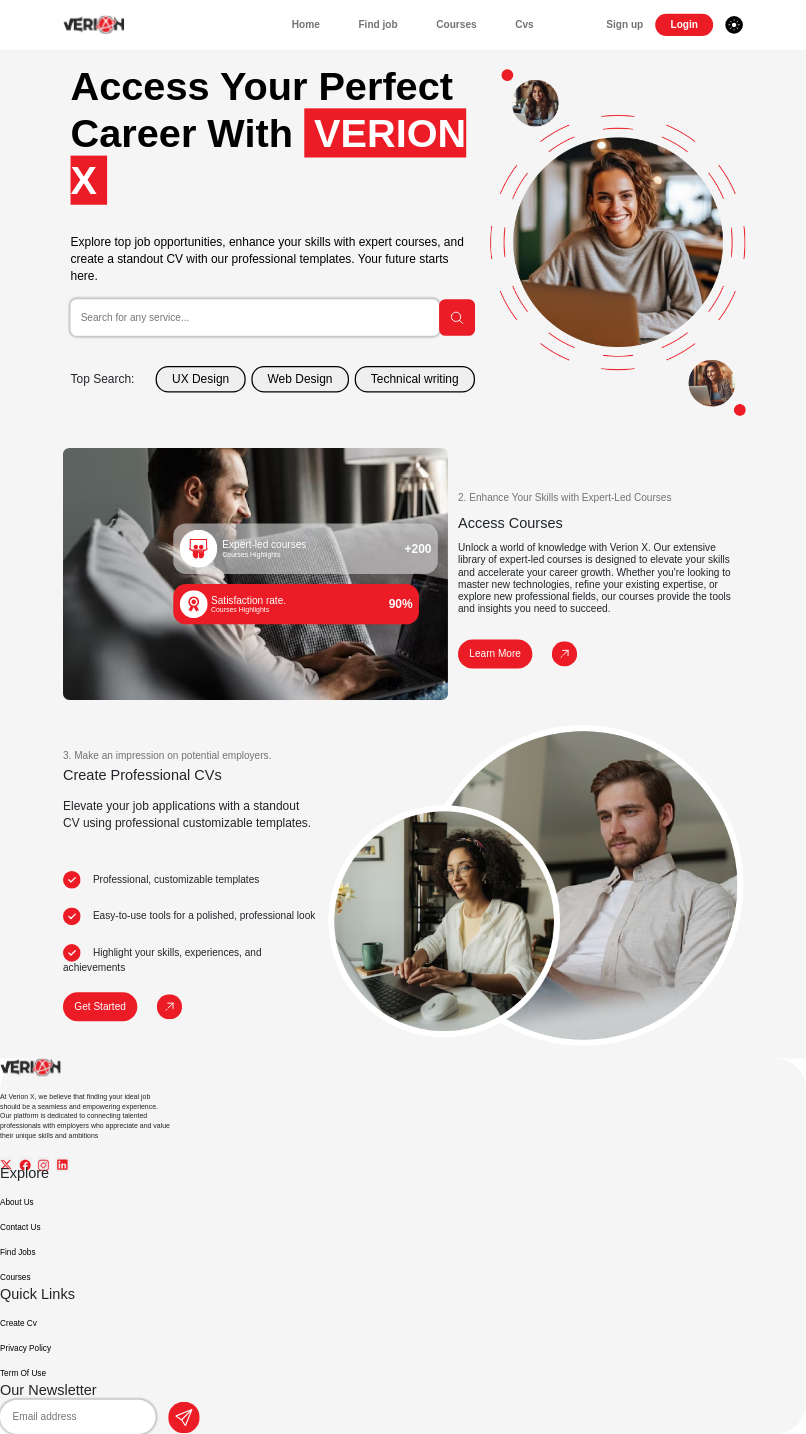
Repository: SahMenz/verionX
Page: /
These files come from the project's save history. The page is drawn as it stood at one moment and after the next save; the edit follows.
The browser window is 1280 px wide. The pictures show the whole page, at 63% of full size.
The project was rebuilt for these pictures with package versions that can differ from the ones it lists, and the page was loaded fresh each time. Also part of the build but not shown: vite.config.js.

Above is the page before, as saved 2024-06-16 02:29:55.

After the next save:
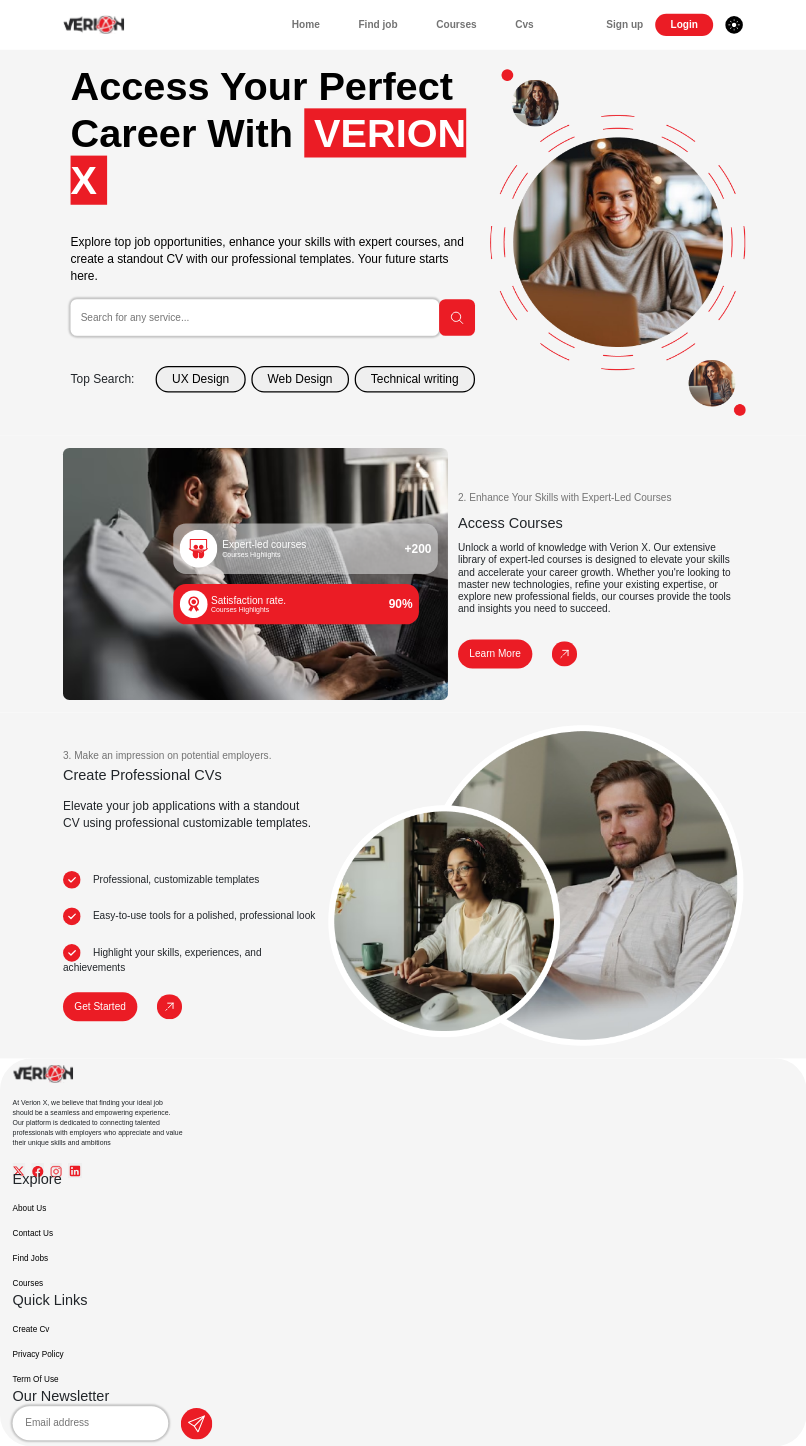
Saved 18 s later.
--- a/src/components/footer/footer.jsx
+++ b/src/components/footer/footer.jsx
@@ -1,5 +1,6 @@
 import logo from '../../assets/images/logo.svg';
 import CustomSvg from '../customSvg/customSvg';
+import './footer.css';
 
 function Footer() {
   return (
